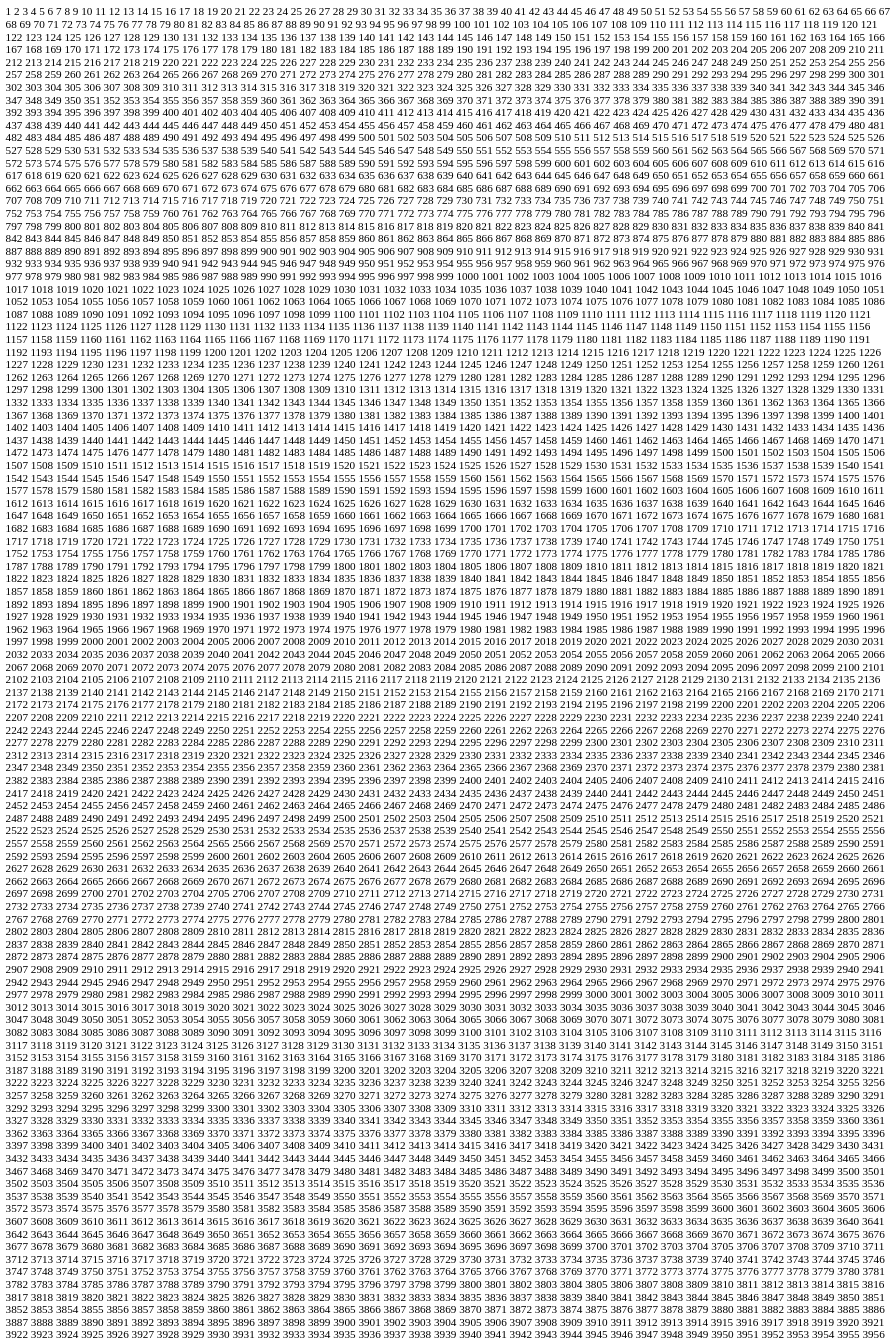
Repository: devfuturo/kosta_web
Page: http://localhost/back/jsp/pagedirective.jsp
The author's editor kept a copy of each file at every save. The page is drawn from the files as they stood at one save, then again after the next save.
The browser window is 1280 px wide. The pictures show the part of the page from y = 0 to 1920 px (the page is 5038 px tall before and 180016 px after), at 70% of full size.
The page is served by Tomcat 9. Other server files are loaded and not shown.

Above is the page before, as saved 2022-06-16 08:35:17.

### back/src/main/webapp/jsp/pagedirective.jsp
<%@ page contentType="text/html; charset=UTF-8"%>
<!DOCTYPE html>
<html>
<head>
<meta charset="UTF-8">
<title>pagedirective.jsp</title>
</head>
<body>
<%for(int i=1;i<=10000;i++){
%><span><%=i%></span>
<%}
%>
</body>
</html>

After the next save:
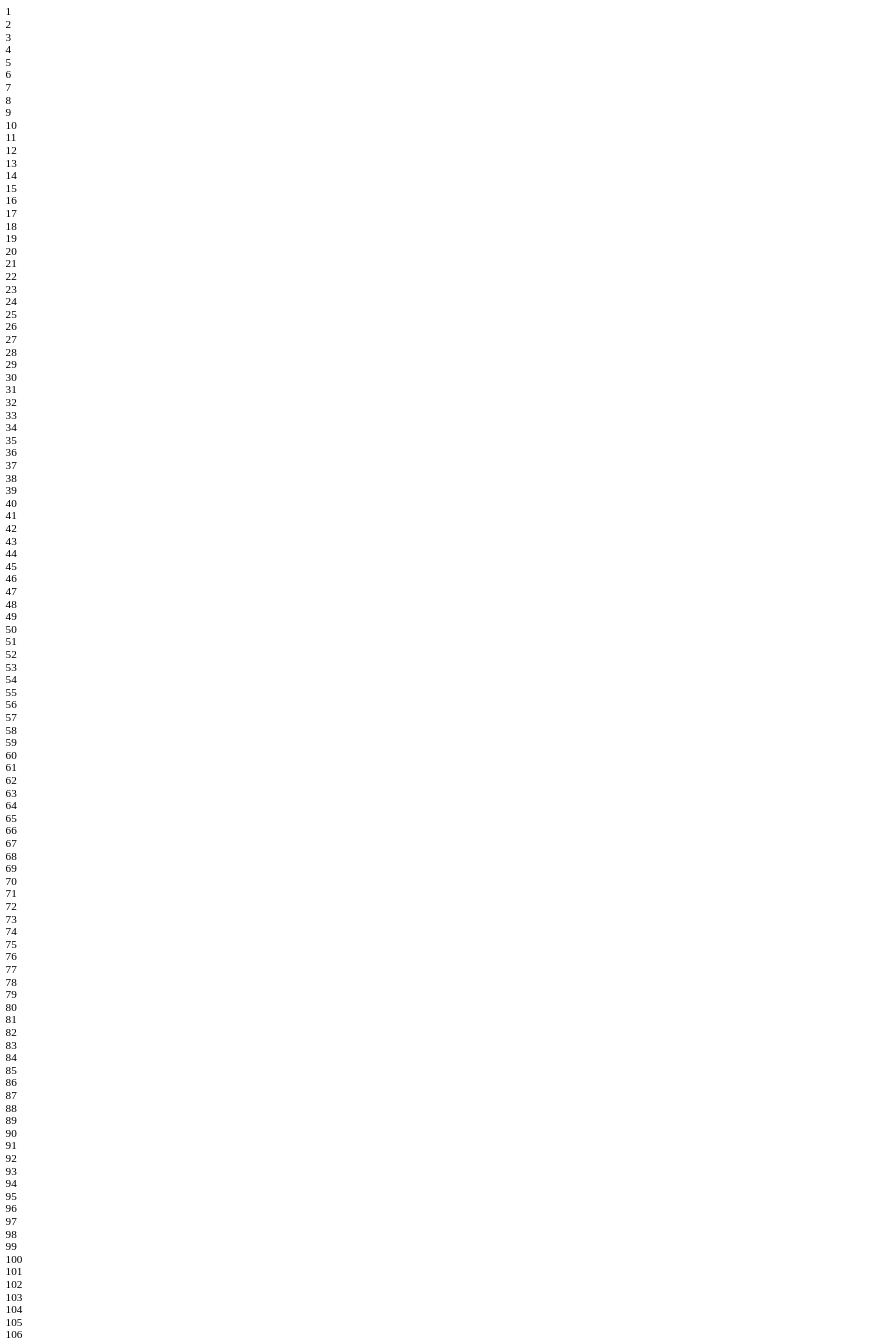
Saved 21 s later.
--- a/back/src/main/webapp/jsp/pagedirective.jsp
+++ b/back/src/main/webapp/jsp/pagedirective.jsp
@@ -7,7 +7,7 @@
 </head>
 <body>
 <%for(int i=1;i<=10000;i++){
-%><span><%=i%></span>
+%><div><%=i%></div>
 <%}
 %>
 </body>

After the save that followed:
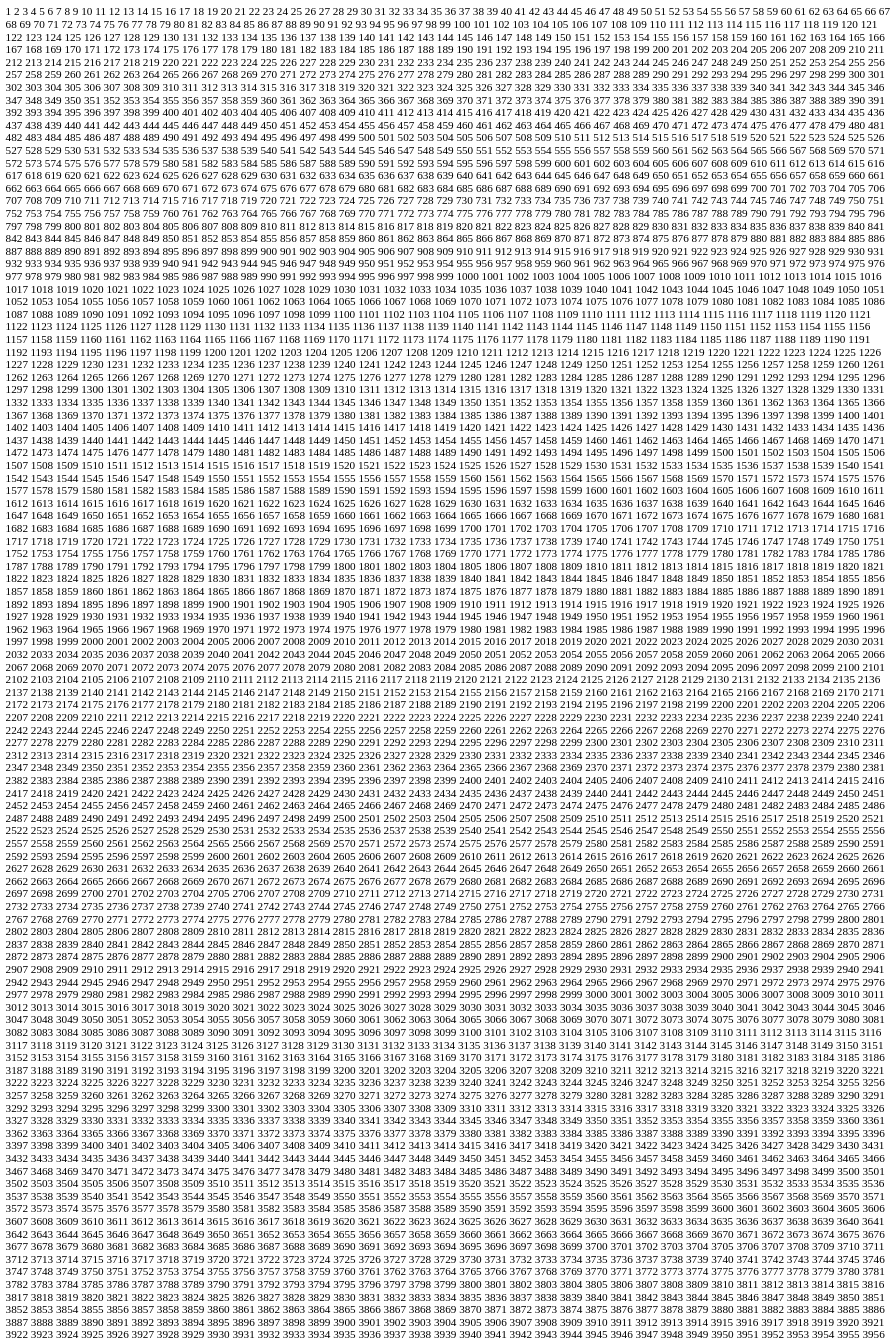
Saved 15 s later.
--- a/back/src/main/webapp/jsp/pagedirective.jsp
+++ b/back/src/main/webapp/jsp/pagedirective.jsp
@@ -7,7 +7,7 @@
 </head>
 <body>
 <%for(int i=1;i<=10000;i++){
-%><div><%=i%></div>
+%><span><%=i%></span>
 <%}
 %>
 </body>
